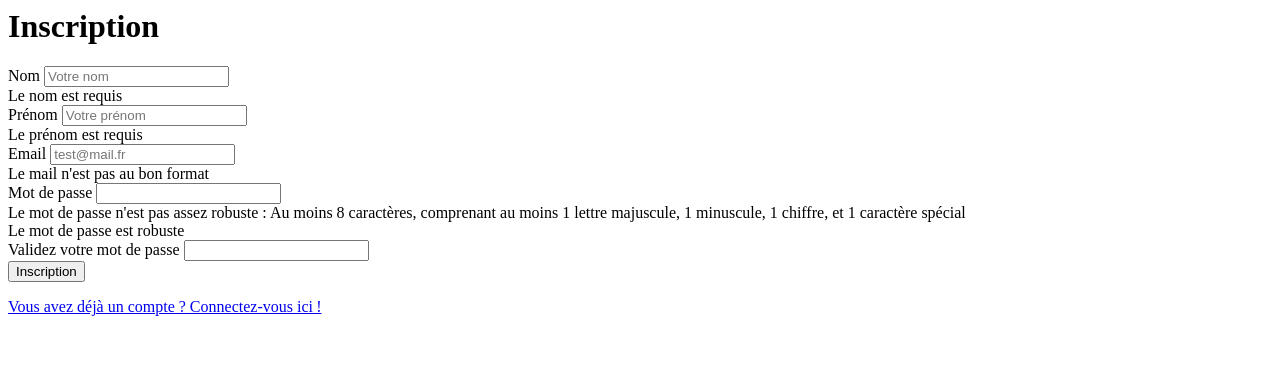
Repository: lemonhao9/QuaiAntiqueRestaurantFront
Page: pages/auth/signup.html
The author's editor kept a copy of each file at every save. The page is drawn from the files as they stood at one save, then again after the next save.
The browser window is 1280 px wide. The pictures show the whole page.

Above is the page before, as saved 2025-02-24 17:21:36.

After the next save:
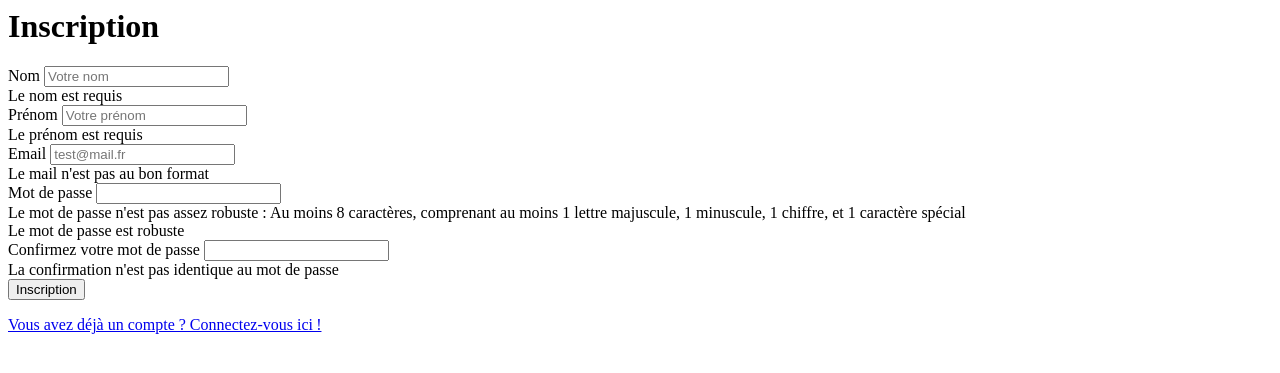
Saved 94 s later.
--- a/pages/auth/signup.html
+++ b/pages/auth/signup.html
@@ -38,8 +38,11 @@
           </div>
         </div>
         <div class="mb-3">
-            <label for="ValidatePasswordInput" class="form-label">Validez votre mot de passe</label>
+            <label for="ValidatePasswordInput" class="form-label">Confirmez votre mot de passe</label>
             <input type="password" class="form-control" id="ValidatePasswordInput" name="PasswordConfirm">
+            <div class="invalid-feedback">
+              La confirmation n'est pas identique au mot de passe
+            </div>
           </div>
         <div class="text-center">
             <button type="submit" class="btn btn-primary" id="btn-validation-inscription">Inscription</button>
